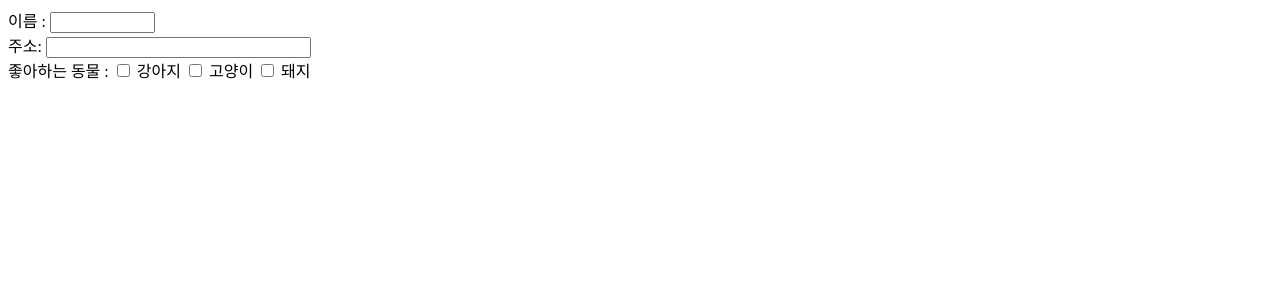
Repository: ikobean/ikoebean
Page: http://localhost/dev_jsp/ch3/form.jsp
An editor plug-in stored every save of this project. The page is shown before and after the next save, followed by the edit.
The browser window is 1280 px wide. The pictures show the whole page.
The page is served by Tomcat 9. Other server files are loaded and not shown.

Above is the page before, as saved 2019-07-15 03:08:54.

### workspace_jsp/dev_jsp/WebContent/ch3/form.jsp
<%@ page language="java" contentType="text/html; charset=UTF-8"
    pageEncoding="UTF-8"%>
<!DOCTYPE html>
<html>
<head>
<meta charset="UTF-8">
<title>Insert title here</title>
</head>
<body>
<form action="/ch03/viewParameter.jsp.jsp" method="post">
이름 : <input type="text" name="name" size="10"> <br>
주소: <input type="text" name="address" size="30"> <br>
좋아하는 동물 :
	<input type="checkbox" name="pet" value="dog"> 강아지
	<input type="checkbox" name="pet" value="cat"> 고양이
	<input type="checkbox" name="pet" value="pig"> 돼지

</form>
</body>
</html>

After the next save:
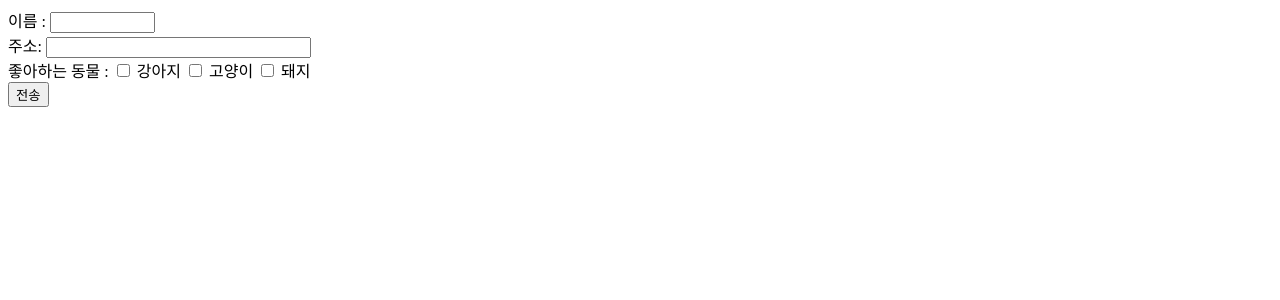
Saved 18 s later.
--- a/workspace_jsp/dev_jsp/WebContent/ch3/form.jsp
+++ b/workspace_jsp/dev_jsp/WebContent/ch3/form.jsp
@@ -14,6 +14,8 @@
 	<input type="checkbox" name="pet" value="dog"> 강아지
 	<input type="checkbox" name="pet" value="cat"> 고양이
 	<input type="checkbox" name="pet" value="pig"> 돼지
+	<br>
+	<input type="submit" value="전송"
 
 </form>
 </body>
